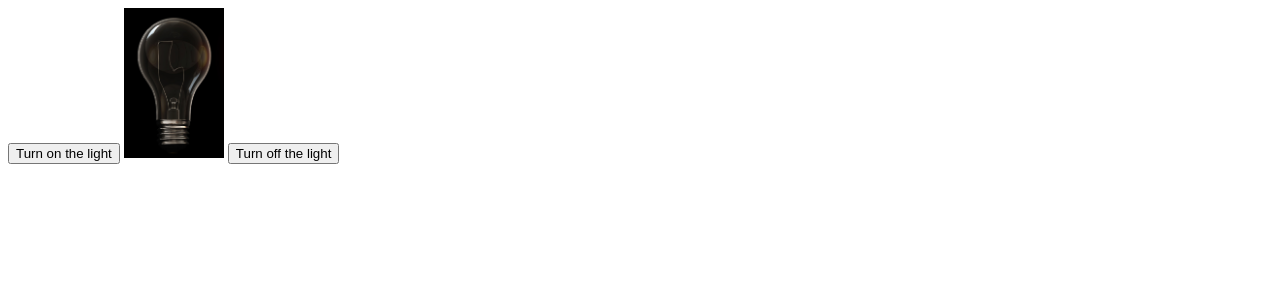
Repository: pothupreethi/Javascript
Page: javaScript/js-assignments/assignment-3/index.html
The author's editor kept a record of every edit. The page is drawn from the files as they stood at one moment, then again after the next edit.
The browser window is 1280 px wide. The pictures show the whole page.

Above is the page before.

After the next edit:
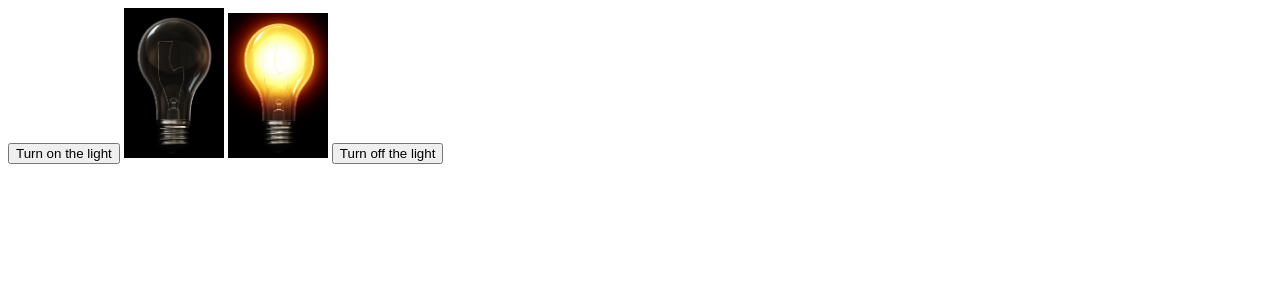
The edit:
--- a/javaScript/js-assignments/assignment-3/index.html
+++ b/javaScript/js-assignments/assignment-3/index.html
@@ -15,8 +15,9 @@
     <button onclick="document.getElementById('myImage').src='assets/off.png'">Turn on the light</button>
 
     <img id="myImage" src="assets/off.png" style="width:100px">
+    <img id="myImage1"src="assets/on.png" style="width:100px">
 
-    <button onclick="document.getElementById('myImage').src='pic_bulboff.gif'">Turn off the light</button>
+    <button onclick="document.getElementById('myImage').src='assets/on.png'">Turn off the light</button>
   </body>
 
 </html>

After the 2 edits that followed:
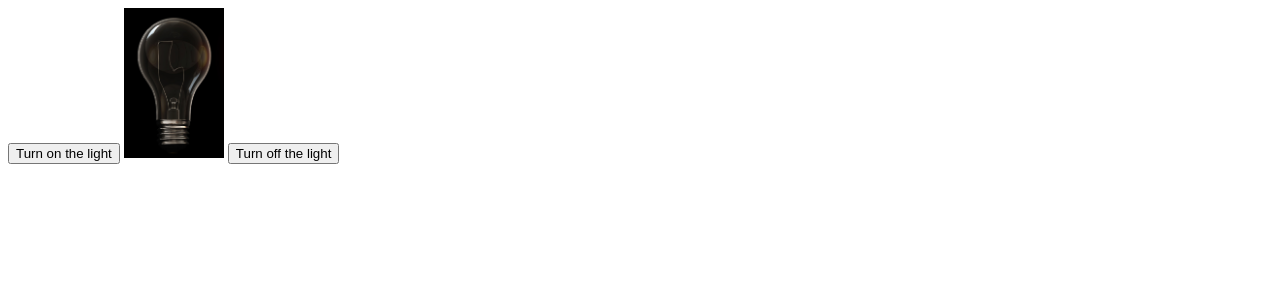
The 2 edits are shown as one change because 1 left the picture as it was.
The edit:
--- a/javaScript/js-assignments/assignment-3/index.html
+++ b/javaScript/js-assignments/assignment-3/index.html
@@ -15,8 +15,6 @@
     <button onclick="document.getElementById('myImage').src='assets/off.png'">Turn on the light</button>
 
     <img id="myImage" src="assets/off.png" style="width:100px">
-    <img id="myImage1"src="assets/on.png" style="width:100px">
-
     <button onclick="document.getElementById('myImage').src='assets/on.png'">Turn off the light</button>
   </body>
 
